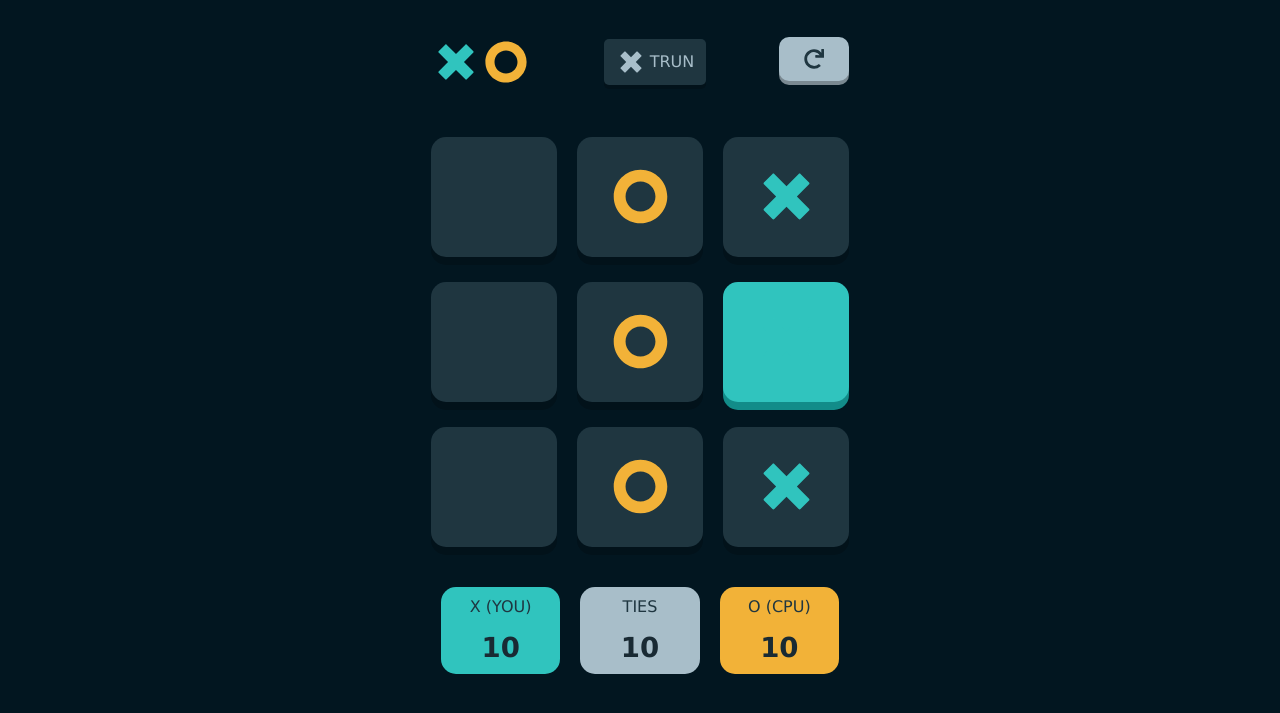
Repository: SD-Mdouka/XO_GAME
Page: /, after clicking the first element matching `button.btn`
The author's editor kept a copy of each file at every save. The page is drawn from the files as they stood at one save, then again after the next save.
The browser window is 1280 px wide. The pictures show the whole page.
The project was rebuilt for these pictures with package versions that can differ from the ones it lists, and the page was loaded fresh each time. Also part of the build but not shown: src/component/modal/Restart.js, src/component/modal/Win.js.

Above is the page before, as saved 2022-08-30 12:14:13.

### src/index.js
import React from "react";
import ReactDOM from "react-dom/client";
import "./index.css";
import App from "./App";
import { ModalState } from "./component/context/ModalContext";
import { GameContext, GameState } from "./component/context/GameContext";

const root = ReactDOM.createRoot(document.getElementById("root"));
root.render(
  <React.StrictMode>
    <ModalState>
      <GameState>
        <App />
      </GameState>
    </ModalState>
  </React.StrictMode>
);

### src/index.css
* {
    padding: 0;
    margin: 0;
    box-sizing: border-box;
}

:root {
    --color-bg-dark: #192a33;
    --color-bg-light: #1f3640;
    --color-gray: #a8bec9;
    --color-gray-dark: #7a8991;
    --color-yellow: #f2b238;
    --color-yellow-dark: #cd8d16;
    --color-blue: #30c4be;
    --color-blue-dark: #128c89;
    --shadow-y: 6px;
}

html {
    font-family: "Lucida Sans", "Lucida Sans Regular", "Lucida Grande", "Lucida Sans Unicode", Geneva, Verdana, sans-serif;
    text-transform: uppercase;
    font-size: 16px;
}

body {
    background-color: var(--color-bg-dark);
    color: var(--color-gray);
}

.App {
    background-color: #021620;
    min-height: 100vh;
    display: flex;
    align-items: center;
    justify-content: center;
}

.container {
    max-width: 450px;
    width: 100%;
    margin-inline: auto;
    padding: 2rem 1rem;
}


/*utilites*/

.card {
    padding: 25px;
    display: flex;
    flex-direction: column;
    gap: 25px;
    border-radius: 15px;
    background-color: var(--color-bg-light);
    -webkit-border-radius: 15px;
    -moz-border-radius: 15px;
    -ms-border-radius: 15px;
    -o-border-radius: 15px;
    text-align: center;
}

.text-lg {
    font-size: 1.25rem;
}

.text-xl {
    font-size: 1.5rem;
}

.text-2xl {
    font-size: 1.725rem;
}

.text-light {
    color: var(--color-gray);
}

.text-blue {
    color: var(--color-blue);
}

.text-yellow {
    color: var(--color-yellow);
}

.bg-blue {
    background-color: var(--color-blue);
    color: var(--color-bg-dark);
}

.bg-yellow {
    background-color: var(--color-yellow);
    color: var(--color-bg-dark);
}

.bg-light {
    background-color: var(--color-gray);
    color: var(--color-bg-dark);
}

.bg-blue.text-light,
.bg-blue .text-light,
.bg-yellow.text-light,
.bg-yellow .text-light,
.bg-light .text-light,
.bg-light.text-light {
    color: var(--color-bg-light);
}

.btn {
    background-color: var(--color-gray);
    border: none;
    font-size: 1.125rem;
    font-weight: bold;
    padding: 12px 25px;
    text-transform: uppercase;
    cursor: pointer;
    border-radius: 10px;
    -webkit-border-radius: 10px;
    -moz-border-radius: 10px;
    -ms-border-radius: 10px;
    -o-border-radius: 10px;
    color: var(--color-bg-light);
    display: inline-block;
    box-shadow: 0 var(--shadow-y) 0 var(--color-gray-dark);
    margin-bottom: 6px;
    transition: all 0.2s;
    -webkit-transition: all 0.2s;
    -moz-transition: all 0.2s;
    -ms-transition: all 0.2s;
    -o-transition: all 0.2s;
}

.btn:hover {
    --shadow-y: 8px;
    transform: translateY(-2px);
    -webkit-transform: translateY(-2px);
    -moz-transform: translateY(-2px);
    -ms-transform: translateY(-2px);
    -o-transform: translateY(-2px);
}

.btn:active {
    --shadow-y: 4px;
    transform: translateY(2px);
    -webkit-transform: translateY(2px);
    -moz-transform: translateY(2px);
    -ms-transform: translateY(2px);
    -o-transform: translateY(2px);
}

.btn-yellow {
    background-color: var(--color-yellow);
    box-shadow: 0 var(--shadow-y) 0 var(--color-yellow-dark);
}

.btn-blue {
    background-color: var(--color-blue);
    box-shadow: 0 var(--shadow-y) 0 var(--color-blue-dark);
}

.btn-sm {
    --shadow-y: 4px;
}

.btn-sm:hover {
    --shadow-y: 6px;
}

.btn-sm:active {
    --shadow-y: 3px;
}

.shadow-gray {
    box-shadow: 0 8px 0 rgba(0, 0, 0, 0.2);
}

.shadow-blue {
    box-shadow: 0 8px 0 var(--color-blue-dark);
}

.shadow-yellow {
    box-shadow: 0 8px 0 var(--color-yellow-dark);
}


/* icons */

.icon {
    display: inline-block;
}

.icon svg {
    fill: var(--color-gray);
    height: 50px;
    width: 50px;
    vertical-align: middle;
}

.icon-sm svg {
    height: 30px;
    width: 30px;
}

.icon-lg svg {
    height: 65px;
    width: 65px;
}

.icon-yellow svg {
    fill: var(--color-yellow);
}

.icon-blue svg {
    fill: var(--color-blue);
}

.icon-dark svg {
    fill: var(--color-bg-dark);
}


/* Sarte */

.start {
    display: flex;
    flex-direction: column;
    gap: 25px;
}

.start__header {
    display: flex;
    align-items: center;
    justify-content: center;
}

.start__players {
    background-color: var(--color-bg-dark);
    padding: 10px;
    border-radius: 15px;
    -webkit-border-radius: 15px;
    -moz-border-radius: 15px;
    -ms-border-radius: 15px;
    -o-border-radius: 15px;
    display: flex;
    align-items: center;
    box-shadow: inset 0 0 8px rgba(0, 0, 0, 0.2);
}

.start__players span {
    width: 50%;
    display: flex;
    align-items: center;
    justify-content: center;
    padding: 15px 10px;
    border-radius: 10px;
    -webkit-border-radius: 10px;
    -moz-border-radius: 10px;
    -ms-border-radius: 10px;
    -o-border-radius: 10px;
    cursor: pointer;
}

.start__players--active {
    background-color: var(--color-gray);
    box-shadow: 0 0 8px rgba(255, 255, 255, 0.2);
}

.start__btns {
    display: flex;
    flex-direction: column;
    gap: 12px;
}


/* board */

.board__header {
    display: flex;
    justify-content: space-between;
    align-items: center;
    margin-bottom: 50px;
}

.board__turn {
    border-radius: 5px;
    background-color: var(--color-bg-light);
    -webkit-border-radius: 5px;
    -moz-border-radius: 5px;
    -ms-border-radius: 5px;
    -o-border-radius: 5px;
    padding: 8px 12px;
    align-items: center;
    display: flex;
    gap: 4px;
    box-shadow: 0 4px 0 rgba(0, 0, 0, 0.2);
}

.board__restart svg {
    height: 20px;
    display: flex;
    align-items: center;
    transform-origin: center;
    transition: all 0.3s;
    -webkit-transition: all 0.3s;
    -moz-transition: all 0.3s;
    -ms-transition: all 0.3s;
    -o-transition: all 0.3s;
}

.board__restart:active svg {
    transform: rotate(180deg);
    -webkit-transform: rotate(180deg);
    -moz-transform: rotate(180deg);
    -ms-transform: rotate(180deg);
    -o-transform: rotate(180deg);
}

.board__body {
    display: grid;
    grid-template-columns: repeat(3, 1fr);
    gap: 25px 20px;
}

.board__body .card {
    height: 120px;
    display: flex;
    align-items: center;
    justify-content: center;
    cursor: pointer;
    padding-inline: 10px;
}

.board__body .active.shadow-blue {
    background-color: var(--color-blue);
}

.board__body .active.shadow-yellow {
    background-color: var(--color-yellow);
}

.board__body .active.shadow-dark {
    background-color: var(--color-bg-dark);
}

.board__footer {
    margin-top: 30px;
    display: grid;
    grid-template-columns: repeat(3, 1fr);
    gap: 20px;
    padding: 10px;
}

.board__footer .card {
    gap: 15px;
    padding: 10px;
}


/*modal*/

.modal {
    position: fixed;
    top: 0;
    left: 0;
    width: 100vw;
    height: 100vh;
    z-index: 999;
    background-color: rgba(0, 0, 0, 0.5);
    display: flex;
    align-items: center;
}

.modal__content {
    width: 100%;
    background-color: var(--color-bg-light);
}


/*score*/

.score {
    text-align: center;
}

.score__title {
    font-size: 2rem;
    display: flex;
    align-items: center;
    justify-content: center;
    gap: 6px;
    margin: 30px 0;
}

.score__btns {
    display: flex;
    align-items: center;
    justify-content: center;
    gap: 15px;
}


/*restart*/

.restart {
    text-align: center;
}

.restart__title {
    font-size: 2rem;
    display: flex;
    align-items: center;
    justify-content: center;
    gap: 6px;
    margin-bottom: 30px;
}

.restart__btns {
    display: flex;
    align-items: center;
    justify-content: center;
    gap: 15px;
}

### src/App.js
import React, { useContext } from "react";
import Board from "./component/board/Board";
import { GameContext } from "./component/context/GameContext";
import Modal from "./component/modal/Modal";
import Start from "./component/start/Start";

const App = () => {
  const { screen } = useContext(GameContext);
  return (
    <div className="App">
      <div className="container">
        {screen === "start" && <Start />}
        {screen === "game" && <Board />}
      </div>
      <Modal />
    </div>
  );
};

export default App;

### src/component/context/ModalContext.js
import { createContext, useState } from "react";

const ModalContext = createContext();

const ModalState = (props) => {
  const [show, setShow] = useState(false);
  const [mode, setMode] = useState("winner"); // winer , start
  const showModal = () => setShow(true);
  const hideModal = () => setShow(false);

  return (
    <ModalContext.Provider
      value={{
        show,
        modalMode: mode,
        setModalMode: setMode,
        showModal,
        hideModal,
      }}
    >
      {props.children}
    </ModalContext.Provider>
  );
};
export { ModalContext, ModalState };

### src/component/context/GameContext.js
import { createContext, useState } from "react";

const GameContext = createContext();

const GameState = (props) => {
  const [screen, setScreen] = useState("start"); // start , game
  const [activeUser, setActiveUser] = useState("x"); // x , o
  const [playerMode, setPlayerMode] = useState("user"); // user , ordinateur
  const changePlayeMode = (mode) => {
    setPlayerMode(mode);
    setScreen("game");
  };
  return (
    <GameContext.Provider
      value={{
        screen,
        activeUser,
        setActiveUser,
        changePlayeMode,
      }}
    >
      {props.children}
    </GameContext.Provider>
  );
};
export { GameContext, GameState };

### src/component/board/Board.js
import React from "react";
import Xicons from "../icons/Xicons";
import Oicons from "../icons/Oicons";
import Refrsh from "../icons/Refrsh";
import BorardCard from "./BorardCard";

const Board = () => {
  const squars = [" ", "o", "x", " ", "o", "x", " ", "o", "x"];
  return (
    <div className="board">
      <div className="board__header">
        <div>
          <Xicons />
          <Oicons />
        </div>
        <div className="board__turn">
          <Xicons color={"ligth"} size="sm" /> trun
        </div>
        <div>
          <button className="btn btn-sm board__restart">
            <Refrsh />
          </button>
        </div>
      </div>
      <div className="board__body">
        {squars.map((sq, ix) => (
          <BorardCard key={ix} index={ix} user={sq} active={ix === 5} />
        ))}
      </div>
      <div className="board__footer">
        <div className="card bg-blue">
          <p className="text-light">x (you)</p>
          <strong className="text-2xl">10</strong>
        </div>
        <div className="card bg-light">
          <p className="text-light">ties</p>
          <strong className="text-2xl">10</strong>
        </div>
        <div className="card bg-yellow">
          <p className="text-light">o (cpu)</p>
          <strong className="text-2xl">10</strong>
        </div>
      </div>
    </div>
  );
};

export default Board;

### src/component/modal/Modal.js
import React, { useContext } from "react";
import { ModalContext } from "../context/ModalContext";
import Restart from "./Restart";
import Win from "./Win";

const Modal = () => {
  const { show, modalMode } = useContext(ModalContext);
  return (
    <>
      {show && (
        <div className="modal">
          <div className="modal__content">
            <div className="container">
              {modalMode === "winner" && <Win />}
              {modalMode === "restart" && <Restart />}
            </div>
          </div>
        </div>
      )}
    </>
  );
};

export default Modal;

### src/component/start/Start.js
import React, { useContext } from "react";
import Xicons from "../icons/Xicons";
import Oicons from "../icons/Oicons";
import { GameContext } from "../context/GameContext";

const Start = () => {
  const { activeUser, setActiveUser, changePlayeMode } =
    useContext(GameContext);
  return (
    <div className="start">
      <div className="start__header">
        <Xicons />
        <Oicons />
      </div>
      <div className="card shadow-gray">
        <h1 className="text-lg">Pick Player 1'st mark</h1>
        <div className="start__players">
          <span
            className={activeUser === "x" ? "start__players--active" : ""}
            onClick={() => setActiveUser("x")}
          >
            <Xicons color={activeUser === "x" ? "dark" : "light"} />
          </span>
          <span
            className={activeUser === "o" ? "start__players--active" : ""}
            onClick={() => setActiveUser("o")}
          >
            <Oicons color={activeUser === "o" ? "dark" : "light"} />
          </span>
        </div>
        <p className="text-light">remember:x goes first</p>
      </div>
      <div className="start__btns">
        <button
          className="btn btn-yellow"
          onClick={() => changePlayeMode("cpu")}
        >
          new game (vs CPU)
        </button>
        <button
          className="btn btn-blue"
          onClick={() => changePlayeMode("user")}
        >
          new game (vs Player)
        </button>
      </div>
    </div>
  );
};

export default Start;

### src/component/icons/Xicons.js
import React from "react";

const Xicon = ({ color, size }) => {
  return (
    <div
      className={`icon ${color ? "icon-" + color : "icon-blue"} ${
        size && "icon-" + size
      }`}
    >
      <svg
        version="1.1"
        id="Layer_1"
        x="0px"
        y="0px"
        width="100px"
        height="100px"
        viewBox="0 0 100 100"
      >
        <path
          d="M84.707,68.752L65.951,49.998l18.75-18.752c0.777-0.777,0.777-2.036,0-2.813L71.566,15.295
	c-0.777-0.777-2.037-0.777-2.814,0L49.999,34.047l-18.75-18.752c-0.746-0.747-2.067-0.747-2.814,0L15.297,28.431
	c-0.373,0.373-0.583,0.88-0.583,1.407c0,0.527,0.21,1.034,0.583,1.407L34.05,49.998L15.294,68.753
	c-0.373,0.374-0.583,0.88-0.583,1.407c0,0.528,0.21,1.035,0.583,1.407l13.136,13.137c0.373,0.373,0.881,0.583,1.41,0.583
	c0.525,0,1.031-0.21,1.404-0.583l18.755-18.755l18.756,18.754c0.389,0.388,0.896,0.583,1.407,0.583c0.511,0,1.019-0.195,1.408-0.583
	l13.138-13.137C85.484,70.789,85.484,69.53,84.707,68.752z"
        />
      </svg>
    </div>
  );
};

export default Xicon;

### src/component/icons/Oicons.js
import React from "react";

const Oicon = ({ color, size }) => {
  return (
    <div
      className={`icon ${color ? "icon-" + color : "icon-yellow"} ${
        size && "icon-" + size
      }`}
    >
      <svg
        version="1.1"
        id="Layer_1"
        x="0px"
        y="0px"
        viewBox="-169 -35 100 100"
      >
        <g>
          <path
            d="M-119,56.2c-22.7,0-41.2-18.5-41.2-41.2s18.5-41.2,41.2-41.2c22.7,0,41.2,18.5,41.2,41.2S-96.3,56.2-119,56.2z M-119-8
		c-12.7,0-23,10.3-23,23c0,12.7,10.3,23,23,23s23-10.3,23-23C-96,2.3-106.3-8-119-8z"
          />
        </g>
      </svg>
    </div>
  );
};

export default Oicon;

### src/component/icons/Refrsh.js
import React from "react";

const Refrsh = () => {
  return (
    <svg
      aria-hidden="true"
      focusable="false"
      data-prefix="fas"
      data-icon="redo"
      role="img"
      xmlns="http://www.w3.org/2000/svg"
      viewBox="0 0 512 512"
    >
      <path
        fill="currentColor"
        d="M500.33 0h-47.41a12 12 0 0 0-12 12.57l4 82.76A247.42 247.42 0 0 0 256 8C119.34 8 7.9 119.53 8 256.19 8.1 393.07 119.1 504 256 504a247.1 247.1 0 0 0 166.18-63.91 12 12 0 0 0 .48-17.43l-34-34a12 12 0 0 0-16.38-.55A176 176 0 1 1 402.1 157.8l-101.53-4.87a12 12 0 0 0-12.57 12v47.41a12 12 0 0 0 12 12h200.33a12 12 0 0 0 12-12V12a12 12 0 0 0-12-12z"
      ></path>
    </svg>
  );
};

export default Refrsh;

### src/component/board/BorardCard.js
import React from "react";
import Xicons from "../icons/Xicons";
import Oicons from "../icons/Oicons";

const BorardCard = ({ user = "nouser", active, index }) => {
  return (
    <div
      className={`card
      ${active && user === "x" && "shadow-blue"}
    ${active && user === "o" && "shadow-yellow"}
    ${!active ? "shadow-gray" : "active"}
    `}
    >
      {user === "x" && <Xicons size="lg" />}
      {user === "o" && <Oicons size="lg" />}
    </div>
  );
};

export default BorardCard;

Loaded but not shown: public/index.html (common file)

After the next save:
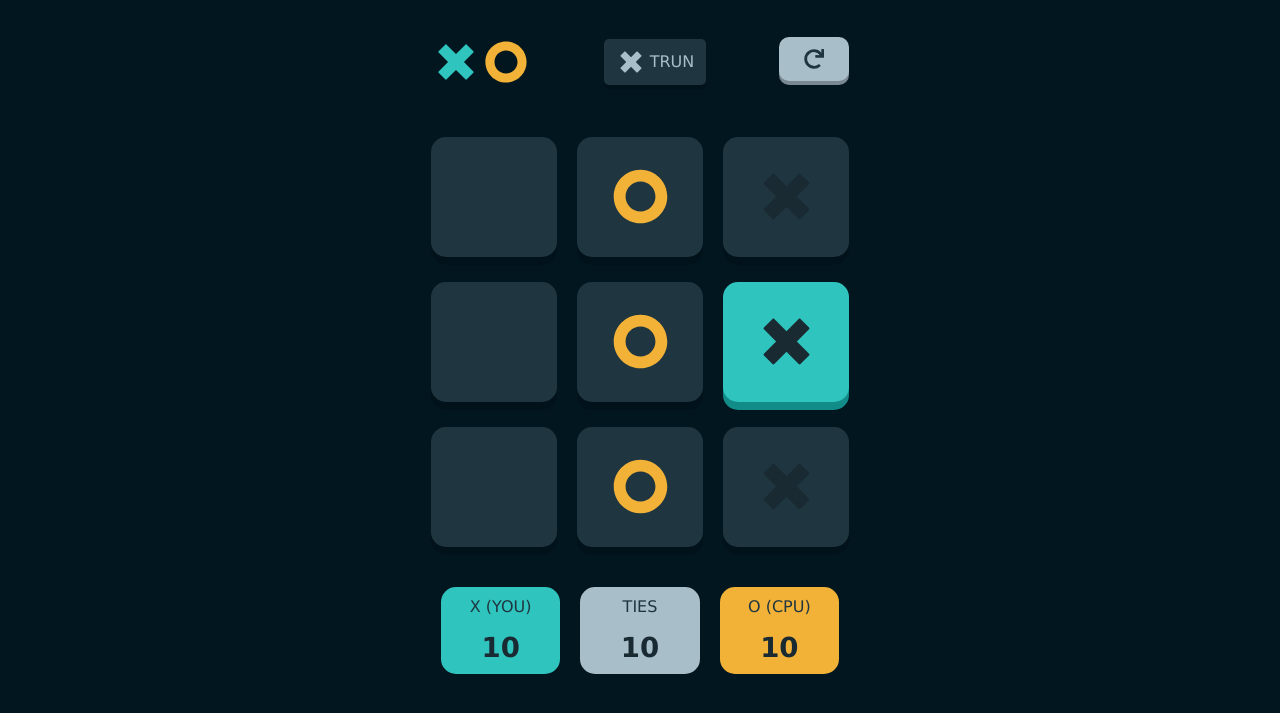
Saved 2 min 14 s later.
--- a/src/component/board/BorardCard.js
+++ b/src/component/board/BorardCard.js
@@ -11,7 +11,7 @@ const BorardCard = ({ user = "nouser", active, index }) => {
     ${!active ? "shadow-gray" : "active"}
     `}
     >
-      {user === "x" && <Xicons size="lg" />}
+      {user === "x" && <Xicons color={"dark"} size="lg" />}
       {user === "o" && <Oicons size="lg" />}
     </div>
   );
